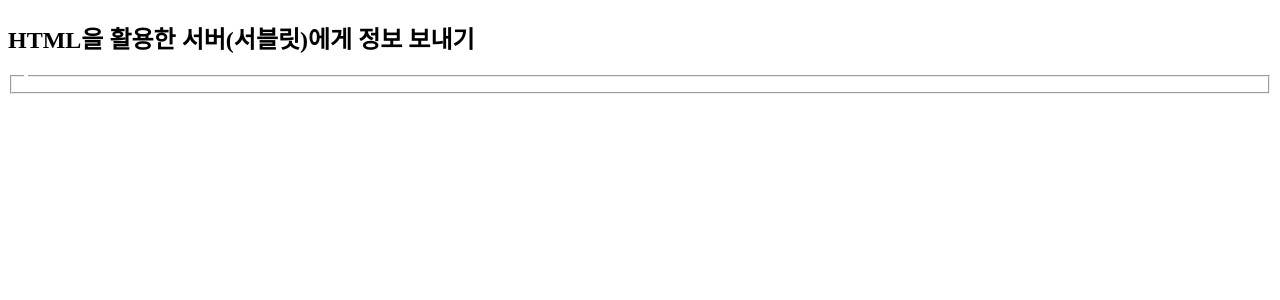
Repository: Kebiskim/2023_jspStudy
Page: 01_servlet/src/main/webapp/view/Ex10.html
These files come from the project's save history. The page is drawn as it stood at one moment and after the next save; the edit follows.
The browser window is 1280 px wide. The pictures show the whole page.

Above is the page before, as saved 2023-07-03 02:12:14.

After the next save:
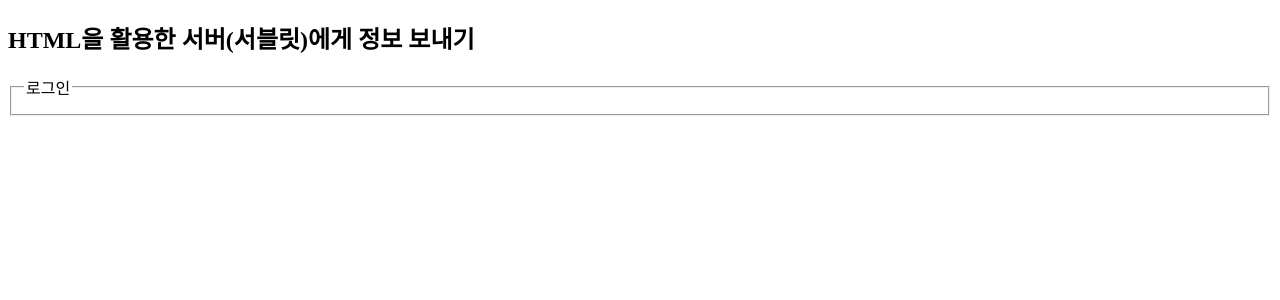
Saved 3 s later.
--- a/01_servlet/src/main/webapp/view/Ex10.html
+++ b/01_servlet/src/main/webapp/view/Ex10.html
@@ -8,7 +8,7 @@
 	<h2>HTML을 활용한 서버(서블릿)에게 정보 보내기</h2>
 	<form action="/01_servlet/Ex10_1" method="post">
 	<fieldset>
-		<legend></legend>
+		<legend>로그인</legend>
 	</fieldset>
 	</form>
 </body>
